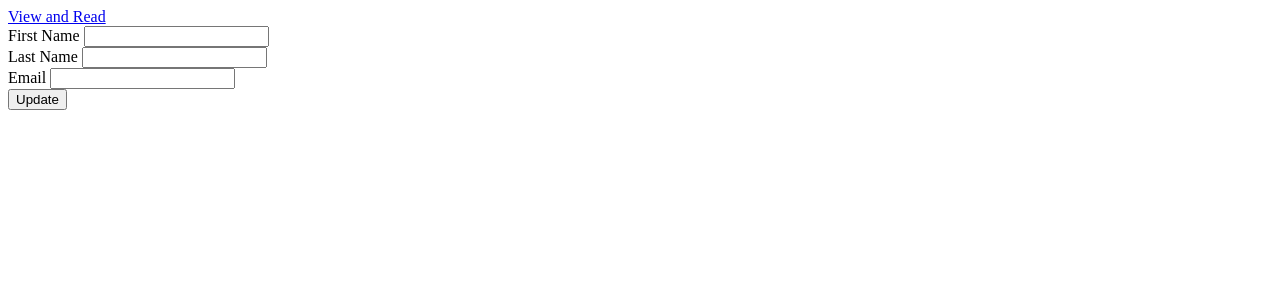
Repository: Ibrahimalrkaby/CRUD
Page: http://localhost/update.php
An editor plug-in stored every save of this project. The page is shown before and after the next save, followed by the edit.
The browser window is 1280 px wide. The pictures show the whole page.
The page is run by PHP 8.4 with error messages shown; the project is at /var/www/html/. Queries for data that is not in the repository find no rows.

Above is the page before, as saved 2025-06-30 21:10:27.

### update.php
<?php
include "req/read.php";
include "db_conn.php";
$users = read($conn);
?>

<!DOCTYPE html>
<html lang="en">

<head>
    <meta charset="UTF-8">
    <meta name="viewport" content="width=device-width, initial-scale=1.0">
    <title>PHP_CRUD - Update</title>
</head>

<body>
    <div class="form-holder">
        <a href="index.php">View and Read</a>
        <form action="req/create.php" method="POST">

            <?php if (isset($_GET['error'])) { ?>
                <p class="error"><?= htmlspecialchars($_GET['error']) ?></p>
            <?php } ?>

            <?php if (isset($_GET['success'])) { ?>
                <p class="success"><?= htmlspecialchars($_GET['success']) ?></p>
            <?php } ?>

            <label>First Name</label>
            <input type="text" name="first_name" id="first_name"><br>

            <label>Last Name</label>
            <input type="text" name="last_name" id="last_name"><br>

            <label>Email</label>
            <input type="text" name="email" id="email"><br>

            <button type="submit">Update</button>
        </form>
    </div>
</body>

</html>

### req/read.php
<?php



function read($conn)
{
    $sql = "SELECT * FROM users";

    $stmt = $conn->prepare($sql);
    $stmt->execute([]);

    if ($stmt->rowCount() > 0) {
        $users = $stmt->fetchAll();
    } else $users = 0;

    return $users;
}

function readById($conn, $id)
{
    $sql = "SELECT * FROM users id=?";

    $stmt = $conn->prepare($sql);
    $stmt->execute([$id]);

    if ($stmt->rowCount() > 0) {
        $user = $stmt->fetch();
    } else $user = 0;

    return $user;
}

### db_conn.php
<?php

$ServerName = "localhost";
$UserName = "root";
$password = "";

$db_name = "crud_app";

try {
    $conn = new PDO(
        "mysql:host=$ServerName;dbname=$db_name",
        $UserName,
        $password
    );

    $conn->setAttribute(PDO::ATTR_ERRMODE, PDO::ERRMODE_EXCEPTION);
} catch (PDOException $e) {
    echo "Connection Failed: " . $e->getMessage();
}

After the next save:
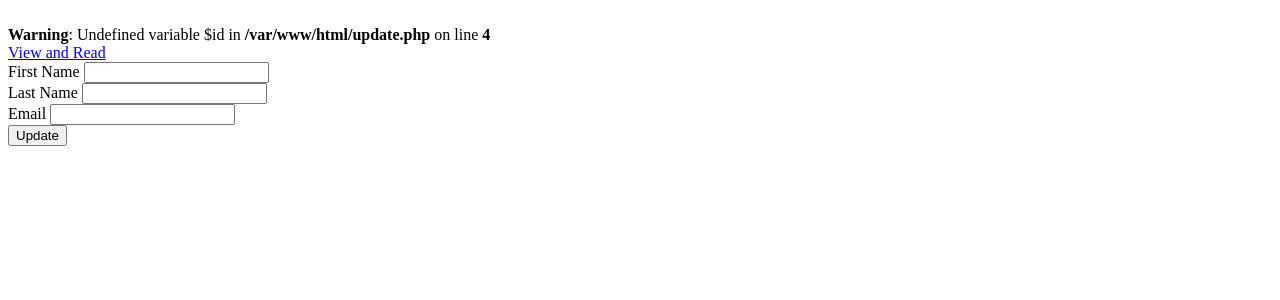
Saved 41 s later.
--- a/update.php
+++ b/update.php
@@ -1,7 +1,7 @@
 <?php
 include "req/read.php";
 include "db_conn.php";
-$users = read($conn);
+$user = readById($conn, $id);
 ?>
 
 <!DOCTYPE html>
